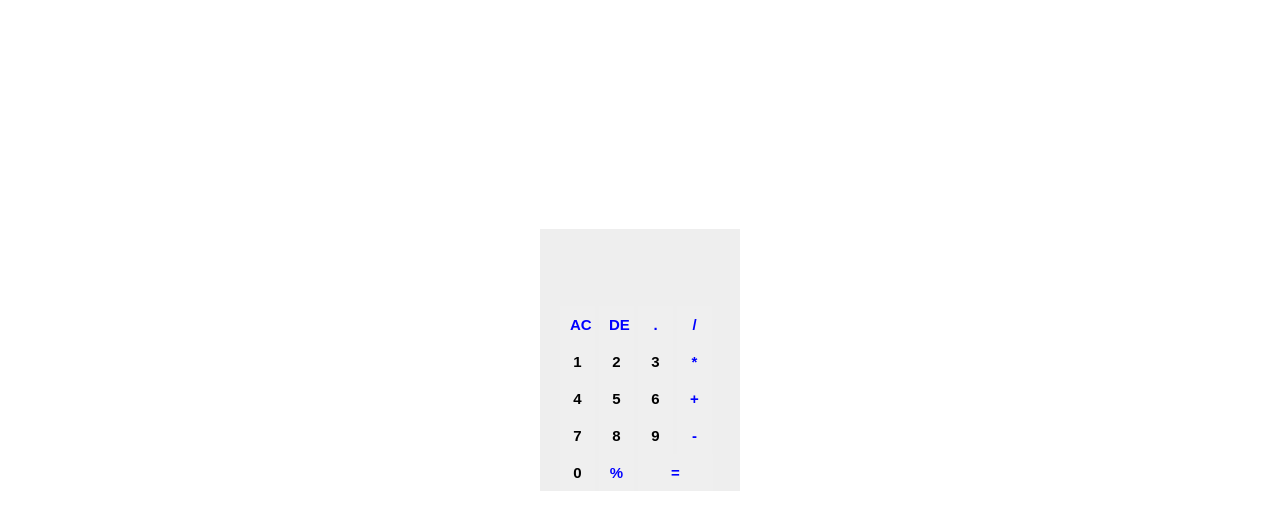
Repository: jerrys-arch/web-calculator
Page: index.html
The author's editor kept a copy of each file at every save. The page is drawn from the files as they stood at one save, then again after the next save.
The browser window is 1280 px wide. The pictures show the whole page.

Above is the page before, as saved 2024-11-30 05:30:25.

### index.html
<!DOCTYPE html>
<html lang="en">
<head>
    <meta charset="UTF-8">
    <meta name="viewport" content="width=device-width, initial-scale=1.0">
    <title>calculator</title>
    <link rel="stylesheet" href="styles.css">
</head>
<body>
    <div class="container">
        <div class="calculator">
            <form>
            <div class="display">
                <input id="display" type="text">
            </div>
            <div class="btn">
                <input type="button" value="AC" class="operator">
                <input type="button" value="DE" class="operator">
                <input type="button" value="." class="operator">
                <input type="button" value="/" class="operator">
            </div>
            <div class="btn">
                <input type="button" value="1">
                <input type="button" value="2">
                <input type="button" value="3">
                <input type="button" value="*" class="operator">
            </div>
            <div>
                <input type="button" value="4">
                <input type="button" value="5">
                <input type="button" value="6">
                <input type="button" value="+" class="operator">
            </div>
            <div class="btn">
                <input type="button" value="7">
                <input type="button" value="8">
                <input type="button" value="9">
                <input type="button" value="-" class="operator">
            </div>
            <div class="btn">
                <input type="button" value="0">
                <input type="button" value="%" class="operator">
                <input type="button" value="=" class="equal operator">
            </div>
        </form>
        </div>
    </div>
    <script src="script.js"></script>
</body>
</html>

### styles.css
*{
    margin:0;
    padding:0;
    box-sizing: border-box;
}

.container{
    display:flex;
    align-items: center;
    justify-content: center;
    height:100vh;
}
.calculator{
    align-items: center;
    padding-left:20px;
    width:200px;
    background: #eee;
}
.calculator form input{
    width:35px;
    padding: 10px;
    border:none;
    font-size: 15px;
    font-weight: bold;
}
.calculator form .display{
   padding: 20px;

}
.calculator form #display{
   width:100%;
   border:none;
   background: transparent;
}
.calculator form .equal{
    width:75px;

}
.operator{
    color:blue;
}

### script.js

const display = document.getElementById("dsiplay");
function appendToDisplay(value){
    display.value +=value;
}

After the next save:
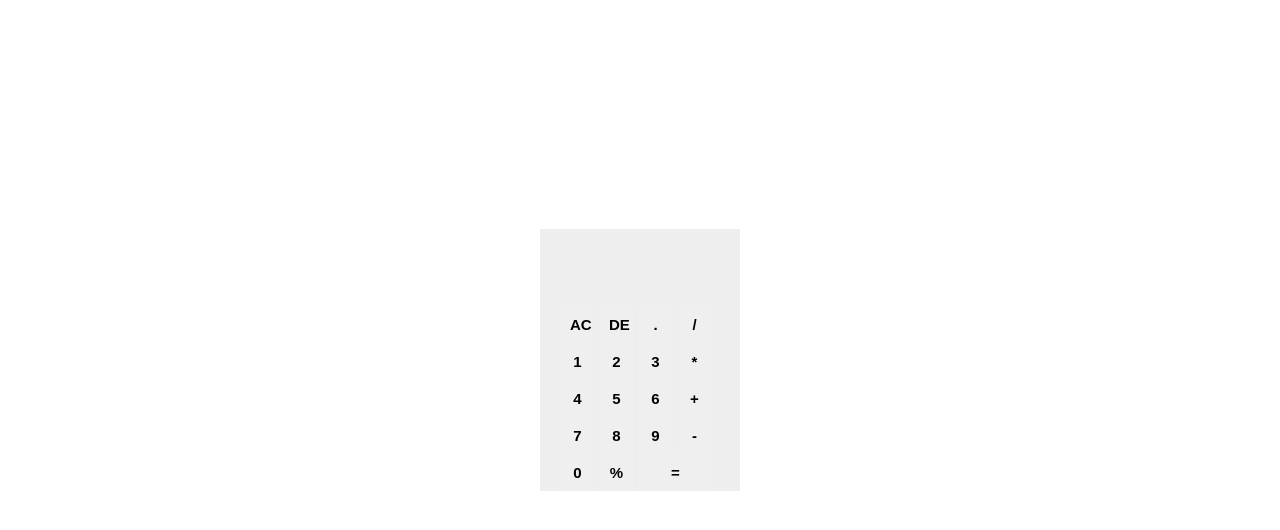
Saved 9 s later.
--- a/styles.css
+++ b/styles.css
@@ -37,5 +37,5 @@
 
 }
 .operator{
-    color:blue;
+    c:blue;
 }

After the save that followed:
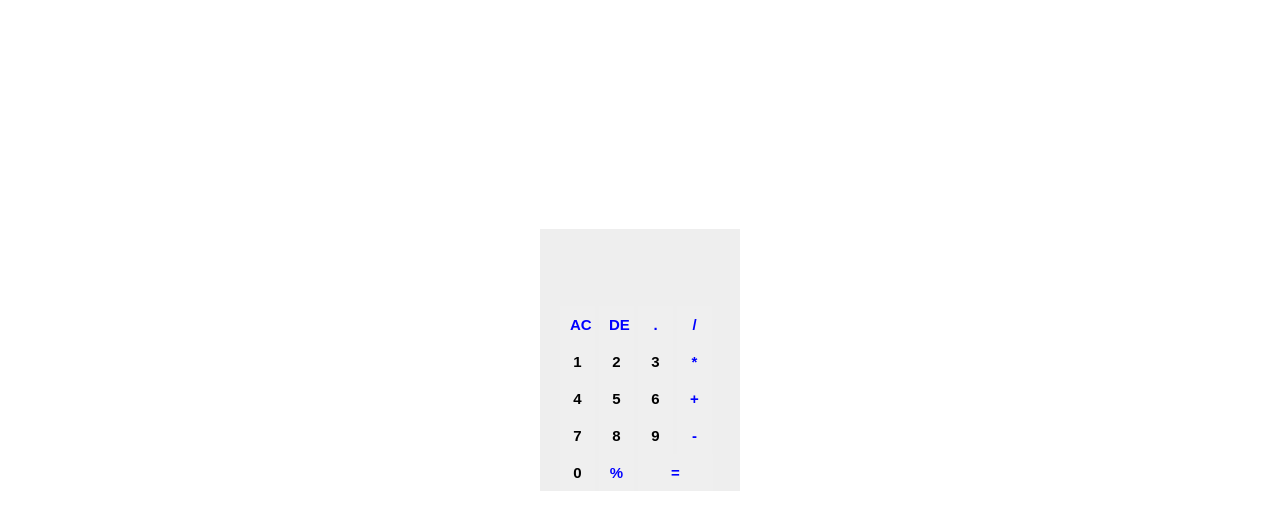
Saved 4 s later.
--- a/styles.css
+++ b/styles.css
@@ -37,5 +37,5 @@
 
 }
 .operator{
-    c:blue;
+    color:blue;
 }
